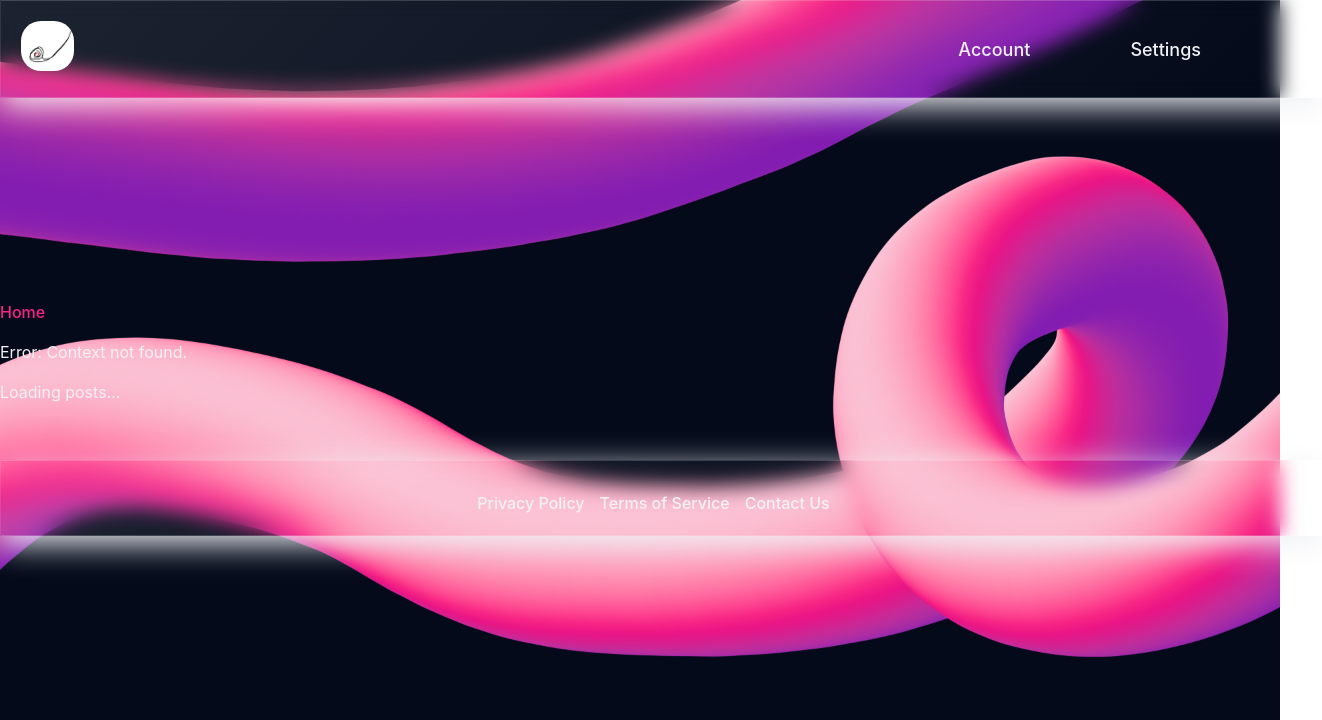
Repository: Jennica1/Front-end-project
Page: /feed (app in react/)
These files come from the project's save history. The page is drawn as it stood at one moment and after the next save; the edit follows.
The browser window is 1280 px wide. The page is 1322 px wide, so the pictures cover 1322 px, including what lies to the right of the window. The pictures show the whole page.
The page's requests for data from a server got no answer. The project was rebuilt for these pictures with package versions that can differ from the ones it lists, and the page was loaded fresh each time. No one was signed in, and anything a server would have sent is missing. Also part of the build but not shown: react/vite.config.js, react/src/Components/Button/Button.css, react/src/Components/Button/Button.jsx, react/src/Components/Sidebar/Sidebar.css, react/src/Components/Sidebar/Sidebar.jsx, react/src/Components/Card/Card.css, react/src/Components/Card/Card.jsx, react/src/pages/Home.jsx and 18 more.

Above is the page before, as saved 2024-11-30 20:42:05.

### react/src/App.jsx
import React from "react";
import { BrowserRouter as Router, Route, Routes } from "react-router-dom";
import Header from "./Components/Header/Header";
import Footer from "./Components/Footer/Footer";
import Home from "./pages/Home";
import Explore from "./pages/Explore";
import Account from "./pages/Account";
import Settings from "./pages/Settings";
import Privacy from "./pages/Privacy";
import Contact from "./pages/Contact";
import Terms from "./pages/Terms";
import PlaylistPage from "./Components/PlaylistPage/PlaylistPage";
import Feed from "./pages/Feed";
import PostList from "./components/Feed/PostList";
import PostPage from "./Components/Feed/PostPage";

const App = () => {
  return (
    <Router>
      <Header />
      <main>
        <Routes>
          {/* Top-level routes */}
          <Route path="/" element={<Home />} />
          <Route path="/explore" element={<Explore />} />
          <Route path="/account" element={<Account />} />
          <Route path="/settings" element={<Settings />} />
          <Route path="/privacy" element={<Privacy />} />
          <Route path="/terms" element={<Terms />} />
          <Route path="/contact" element={<Contact />} />
          <Route path="/playlist/:name" element={<PlaylistPage />} />

          {/* Nested routes for Feed */}
          <Route path="/feed" element={<Feed />}>
            <Route index element={<PostList />} /> {/* Default child route */}
            <Route path="posts/:postId" element={<PostPage />} /> {/* Nested route */}
          </Route>
        </Routes>
      </main>
      <Footer />
    </Router>
  );
};

export default App;

### react/src/Components/Header/Header.jsx
import React from 'react';
import { Link } from 'react-router-dom';
import './Header.css';

const Header = () => {
    return (
        <header className="header">
            <div className="header-container">
            <Link to="/">
                <img src="./images/logo.png" alt="Logo" className="logo" />
            </Link>
                <nav>
                    <ul className="nav-list">
                        <li className="nav-item"><Link to="/account">Account</Link></li>
                        <li className="nav-item"><Link to="/settings">Settings</Link></li>
                    </ul>
                </nav>
            </div>
        </header>
    );
};

export default Header;

### react/src/Components/Footer/Footer.jsx
import React from 'react';
import { Link } from 'react-router-dom';
import './Footer.css';

const Footer = () => {
    return (
        <footer className="footer">
            <nav>
                <ul className="footer-list">
                    <li className="footer-item"><Link to="/privacy">Privacy Policy</Link></li>
                    <li className="footer-item"><Link to="/terms">Terms of Service</Link></li>
                    <li className="footer-item"><Link to="/contact">Contact Us</Link></li>
                </ul>
            </nav>
        </footer>
    );
};

export default Footer;

### react/src/pages/Feed.jsx
import { useEffect,  useReducer } from 'react';

import PostList from '../components/Feed/PostList';

import { AppContext, appReducer } from '../Components/Feed/appContext';

import { Link, Outlet } from 'react-router-dom';


function Feed() {
  const [posts, dispatch] = useReducer(appReducer, []);

  function getComments(comments, post) {
    return comments.filter(comment => comment.postId == post.id);
  }



  useEffect(() => {
    async function fetchPosts() {
      try {
        const [postsResp, commentsResp] = await Promise.all([
          fetch('https://jsonplaceholder.typicode.com/posts'),
          fetch('https://jsonplaceholder.typicode.com/comments')
        ]);

        let posts = await postsResp.json();
        const comments = await commentsResp.json();
        posts = posts.map(post => ({...post, comments: getComments(comments, post)}));
        dispatch({
          type: 'load_posts',
          payload: posts,
        });

      } catch(e) {
        console.error(e.message);
      }
    }

    fetchPosts();
  }, []);

  return (
    <div className="App">
      <Link to="/">Home</Link>
      <PostList posts={posts} />
      <Outlet context={{ posts, dispatch }} />

    </div>
  );
}

export default Feed;

### react/src/Components/Feed/PostList.jsx

import Post from './Post';
import { AppContext } from './appContext';

import { useOutletContext } from 'react-router-dom';

export default function PostList(){
    const context = useOutletContext();

    if (!context) {
        console.error('No context provided to PostList');
        return <p>Error: Context not found.</p>;
    }

    const { posts } = context;

    if (!posts || posts.length === 0) {
        return <p>Loading posts...</p>;
    }

    return (
        <div className="posts">
            <h1>My blog</h1>
            {posts.map(post => <Post key={post.id} post={post} />)}
        </div>
    );
}

### react/src/Components/Header/Header.css
.header {
    background: linear-gradient(135deg, var(--transparentDarkGray), var(--transparentBlack));
    backdrop-filter: blur(10px);
    border: 1px solid var(--transparentBlack18);
    box-shadow: 0 8px 32px 0;
    padding: 20px;
    position: absolute;
    width: 100%;
    top: 0;
    left: 0;
}

.header-container {
    display: flex;
    align-items: center;
    justify-content: space-between;
    width: 100%;
}

.logo {
    height: 50px;
    border-radius: 20px;
}

.nav-list {
    display: flex;
    list-style-type: none;
    padding: 0;
    margin: 0;
}

.nav-item {
    margin-right: 100px;
}

.nav-item a {
    color: var(--color-light);
    text-decoration: none;
    font-size: 18px;
}

.nav-item a:hover {
    text-decoration: underline;
    color: var(--color-light);
}

### react/src/Components/Footer/Footer.css
.footer {
    background: linear-gradient(135deg,var(--transparentDarkGray),var(--transparentBlack));
    backdrop-filter: blur(10px);
    border:1px solid var(--transparentBlack18);
    box-shadow:0 8px 32px 0;
    color: var(--color-light);
    padding: 20px;
    text-align: center;
    position: absolute;
    left: 0;
    width: 100%;
    margin-top: 40px;
}

.footer-content {
    display: flex;
    flex-direction: column;
    align-items: center;
}

.footer-list {
    list-style-type: none;
    padding: 0;
    margin: 10px 0 0 0;
}

.footer-list .footer-item {
    display: inline;
    margin-right: 15px;
}

.footer-item a {
    color: var(--color-light);
    text-decoration: none;
}

.footer-item a:hover {
    text-decoration: underline;
    color: var(--color-light);
}

### react/src/Components/Feed/appContext.js
import { createContext } from 'react';

export const AppContext = createContext();

export function appReducer(posts, action) {
    switch(action.type){
        case 'load_posts': {
            return action.payload;
        }
        case 'add_comment': {
            const { payload } = action;
            const post = posts.find(p => p.id == payload.postId);

            const comments = [...post.comments, payload];

            const updatedPosts = posts.map(p => {
                if (p.id == payload.postId) {
                    return { ...post, comments };
                } else {
                    return p;
                }
            });

            return updatedPosts;
        }
        case 'update_comment': {
            const { payload } = action;
            const post = posts.find(p => p.id == payload.postId);

            const comments = post.comments.map(c => {
              if (c.id == payload.id) {
                return payload;
              } else {
                return c;
              }
            });

            const updatedPosts = posts.map(p => {
              if (p.id == payload.postId) {
                return { ...post, comments };
              } else {
                return p;
              }
            });

            return updatedPosts;
        }
        default: {
            throw new Error('Invalid action');
        }
    }
}

### react/src/pages/styles/Home.css
.container {
    display: flex;
    width: 100vw;
    backdrop-filter: blur(10px);
    max-width: 100%;
}

.sidebar {
    flex-basis: 25%;
    color: var(--color-light);
    padding: 20px;
    left: 0;
}

.recommended {
    display: flex;
    flex-direction: column;
    align-items: flex-start;
    margin-left: 8px;
}

.cardContainer {
    display: flex;
    flex-wrap: nowrap;
    overflow-x: auto;
    gap: 15px;
    backdrop-filter: blur(10px);
    border: 1px solid var(--transparentBlack18);
    box-shadow: 0 8px 32px 0;
    padding: 10px;
    border-radius: 12px;
    max-width: 100%;
}

.category {
    display: flex;
    justify-content: space-between;
    align-items: center;
    width: 100%;
    margin-bottom: 10px;
}

.category>h3{
    color: var(--color-light);
}

h1 {
    color: var(--color-primary);
}

.btn-group {
   display: flex;

}

.btn {
    margin: 4px;
}

@media (min-width: 701px) and (max-width: 1120px){
    .container {
        display: flex;
        width: 100vw;
        backdrop-filter: blur(10px);
        max-width: 100%;
        gap:16px;
    }

    .cardContainer {
        /* Hide 3 cards */
        display: flex;
        flex-wrap: nowrap; /* Use grid layout to control visibility */
        grid-template-columns: repeat(1, 1fr);
        overflow: hidden; /* Hide overflow */
    }

    /* Hide specific cards */
    .cardContainer > .card:nth-child(n+3) {
        display: none;
    }
}


@media (max-width: 700px) {
    .container{
        display: flex;
        width: 100vw;
        backdrop-filter: blur(10px);
        gap:40px;
    }

    .sidebar {
        flex-basis: 25%;
        color: var(--color-light);
        padding: 20px;
        left: 0;
        margin-left: -10px;
    }

    .cardContainer {
        /* Hide 3 cards */
        display: flex;
        flex-wrap: nowrap; /* Use grid layout to control visibility */
        grid-template-columns: repeat(1, 1fr);
        overflow: hidden; /* Hide overflow */
    }

    /* Hide specific cards */
    .cardContainer > .card:nth-child(n+2) {
        display: none;
    }
}

### react/src/Components/Feed/Post.jsx
import { Link } from 'react-router-dom';

export default function Post({ post }) {
    return (
        <div className="post">
            <h2>
                <Link to={`posts/${post.id}`}>{post.title}</Link>
            </h2>
            <p>{post.body}</p>
        </div>
    );
}

Loaded but not shown: react/index.html (common file); react/src/main.jsx (common file); react/src/index.css (common file)

After the next save:
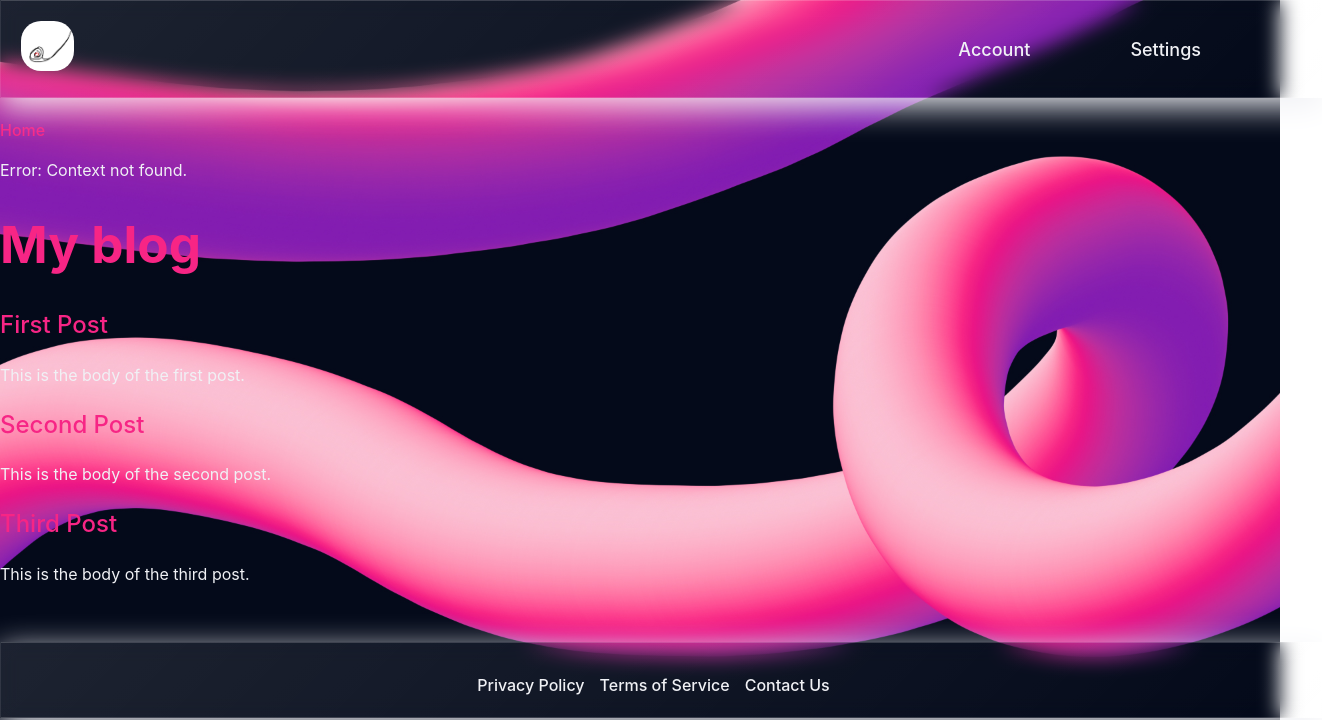
Saved 5 min 49 s later.
--- a/react/src/pages/Feed.jsx
+++ b/react/src/pages/Feed.jsx
@@ -1,51 +1,42 @@
-import { useEffect,  useReducer } from 'react';
-
-import PostList from '../components/Feed/PostList';
-
-import { AppContext, appReducer } from '../Components/Feed/appContext';
-
-import { Link, Outlet } from 'react-router-dom';
-
+import { useReducer } from "react";
+import PostList from "../components/Feed/PostList";
+import { appReducer } from "../Components/Feed/appContext";
+import { Link, Outlet } from "react-router-dom";
 
 function Feed() {
-  const [posts, dispatch] = useReducer(appReducer, []);
+  const hardcodedPosts = [
+    {
+      id: 1,
+      title: "First Post",
+      body: "This is the body of the first post.",
+      comments: [
+        { id: 1, postId: 1, name: "Commenter 1", body: "Great post!" },
+        { id: 2, postId: 1, name: "Commenter 2", body: "Thanks for sharing!" },
+      ],
+    },
+    {
+      id: 2,
+      title: "Second Post",
+      body: "This is the body of the second post.",
+      comments: [
+        { id: 3, postId: 2, name: "Commenter 3", body: "Interesting read!" },
+      ],
+    },
+    {
+      id: 3,
+      title: "Third Post",
+      body: "This is the body of the third post.",
+      comments: [],
+    },
+  ];
 
-  function getComments(comments, post) {
-    return comments.filter(comment => comment.postId == post.id);
-  }
-
-
-
-  useEffect(() => {
-    async function fetchPosts() {
-      try {
-        const [postsResp, commentsResp] = await Promise.all([
-          fetch('https://jsonplaceholder.typicode.com/posts'),
-          fetch('https://jsonplaceholder.typicode.com/comments')
-        ]);
-
-        let posts = await postsResp.json();
-        const comments = await commentsResp.json();
-        posts = posts.map(post => ({...post, comments: getComments(comments, post)}));
-        dispatch({
-          type: 'load_posts',
-          payload: posts,
-        });
-
-      } catch(e) {
-        console.error(e.message);
-      }
-    }
-
-    fetchPosts();
-  }, []);
+  const [posts, dispatch] = useReducer(appReducer, hardcodedPosts);
 
   return (
     <div className="App">
       <Link to="/">Home</Link>
       <PostList posts={posts} />
       <Outlet context={{ posts, dispatch }} />
-
     </div>
   );
 }

After the save that followed:
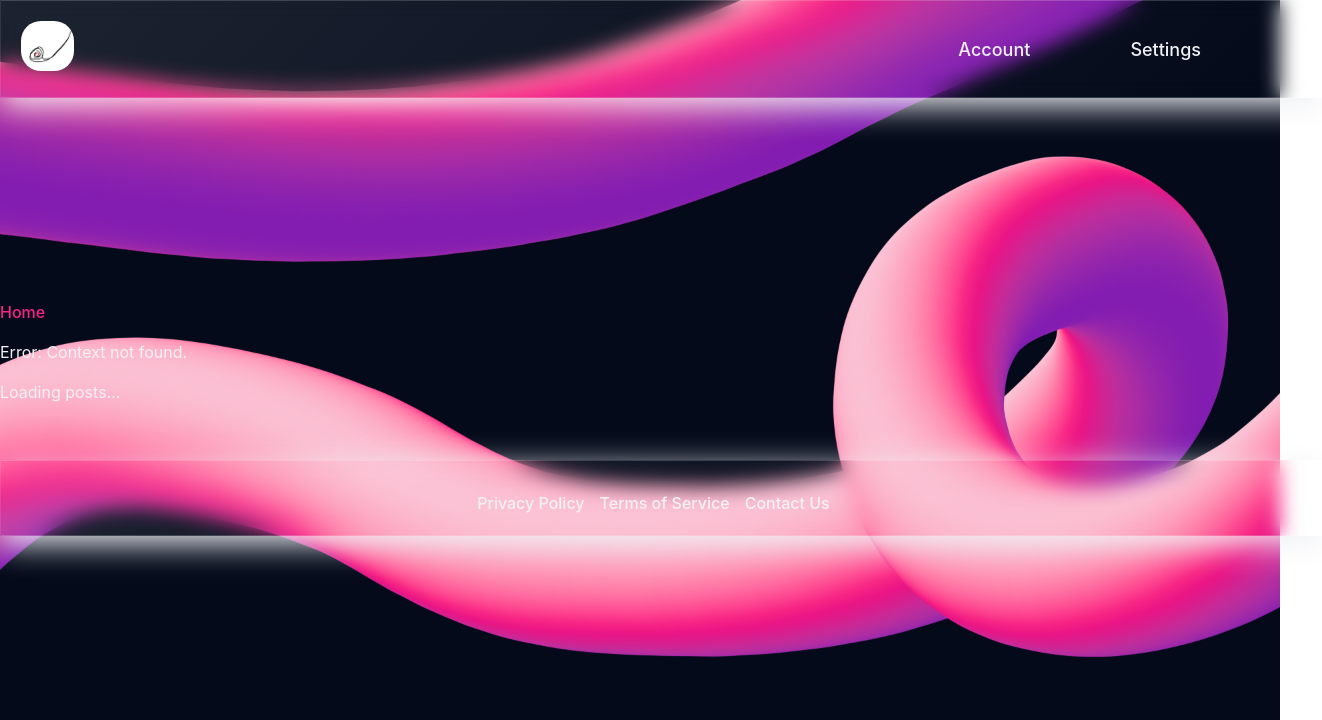
Saved 18 s later.
--- a/react/src/pages/Feed.jsx
+++ b/react/src/pages/Feed.jsx
@@ -1,43 +1,54 @@
-import { useReducer } from "react";
-import PostList from "../components/Feed/PostList";
-import { appReducer } from "../Components/Feed/appContext";
-import { Link, Outlet } from "react-router-dom";
+import { useEffect,  useReducer } from 'react';
+
+import PostList from '../components/Feed/PostList';
+
+import { AppContext, appReducer } from '../Components/Feed/appContext';
+
+import { Link, Outlet } from 'react-router-dom';
+
 
 function Feed() {
-  const hardcodedPosts = [
-    {
-      id: 1,
-      title: "First Post",
-      body: "This is the body of the first post.",
-      comments: [
-        { id: 1, postId: 1, name: "Commenter 1", body: "Great post!" },
-        { id: 2, postId: 1, name: "Commenter 2", body: "Thanks for sharing!" },
-      ],
-    },
-    {
-      id: 2,
-      title: "Second Post",
-      body: "This is the body of the second post.",
-      comments: [
-        { id: 3, postId: 2, name: "Commenter 3", body: "Interesting read!" },
-      ],
-    },
-    {
-      id: 3,
-      title: "Third Post",
-      body: "This is the body of the third post.",
-      comments: [],
-    },
-  ];
+  const [posts, dispatch] = useReducer(appReducer, []);
 
-  const [posts, dispatch] = useReducer(appReducer, hardcodedPosts);
+  function getComments(comments, post) {
+    return comments.filter(comment => comment.postId == post.id);
+  }
+
+
+
+  useEffect(() => {
+    async function fetchPosts() {
+      try {
+        const [postsResp, commentsResp] = await Promise.all([
+          fetch('https://jsonplaceholder.typicode.com/posts'),
+          fetch('https://jsonplaceholder.typicode.com/comments')
+        ]);
+
+        let posts = await postsResp.json();
+        const comments = await commentsResp.json();
+        posts = posts.map(post => ({...post, comments: getComments(comments, post)}));
+        dispatch({
+          type: 'load_posts',
+          payload: posts,
+        });
+
+      } catch(e) {
+        console.error(e.message);
+      }
+    }
+
+    fetchPosts();
+  }, []);
 
   return (
     <div className="App">
       <Link to="/">Home</Link>
       <PostList posts={posts} />
       <Outlet context={{ posts, dispatch }} />
+
+
     </div>
+
   );
 }
 
